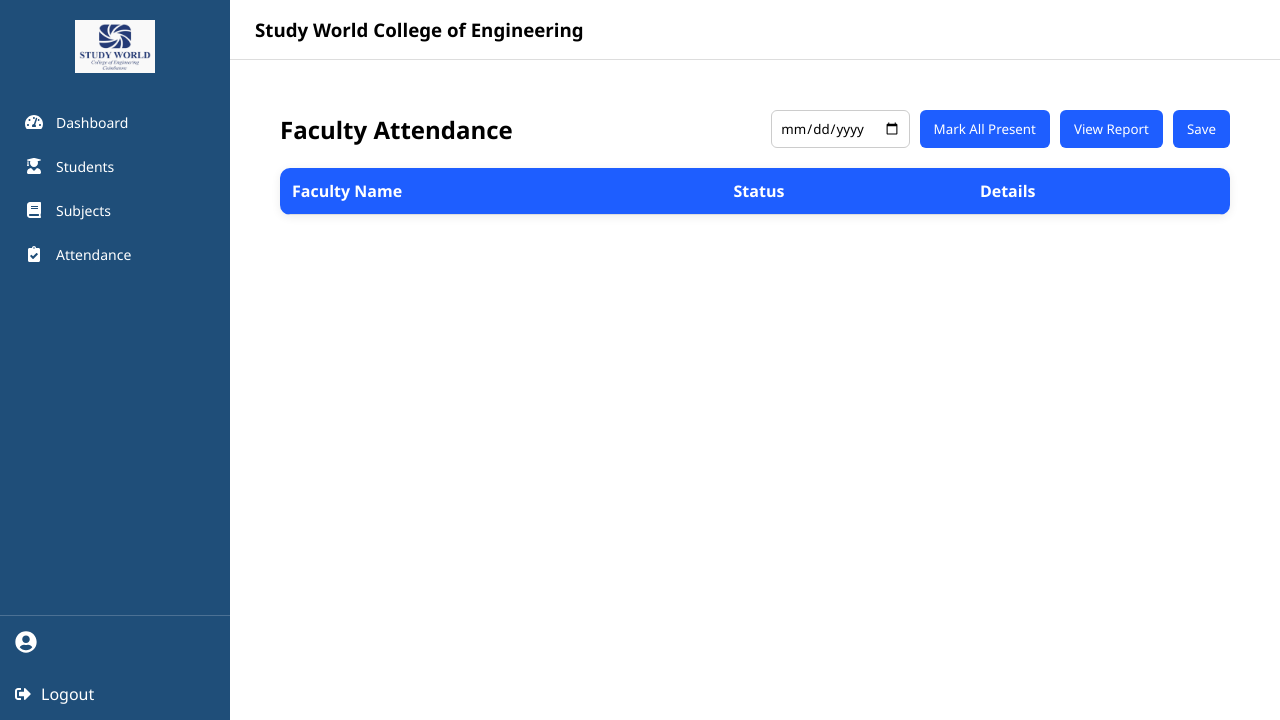
Repository: arthanarieswara/frontend
Page: /faculty-attendance
An editor plug-in stored every save of this project. The page is shown before and after the next save, followed by the edit.
The browser window is 1280 px wide. The pictures show the whole page.
The page's requests for data from a server got no answer. The project was rebuilt for these pictures with package versions that can differ from the ones it lists, and the page was loaded fresh each time. No one was signed in, and anything a server would have sent is missing. Also part of the build but not shown: vite.config.js, src/pages/auth/Login.jsx, src/pages/dashboard/Dashboard.css, src/pages/dashboard/Dashboard.jsx, src/pages/departments/Departments.jsx, src/pages/students/Students.css, src/pages/students/Students.jsx, src/pages/faculty/Faculty.css and 9 more.

Above is the page before, as saved 2026-04-01 15:17:24.

After the next save:
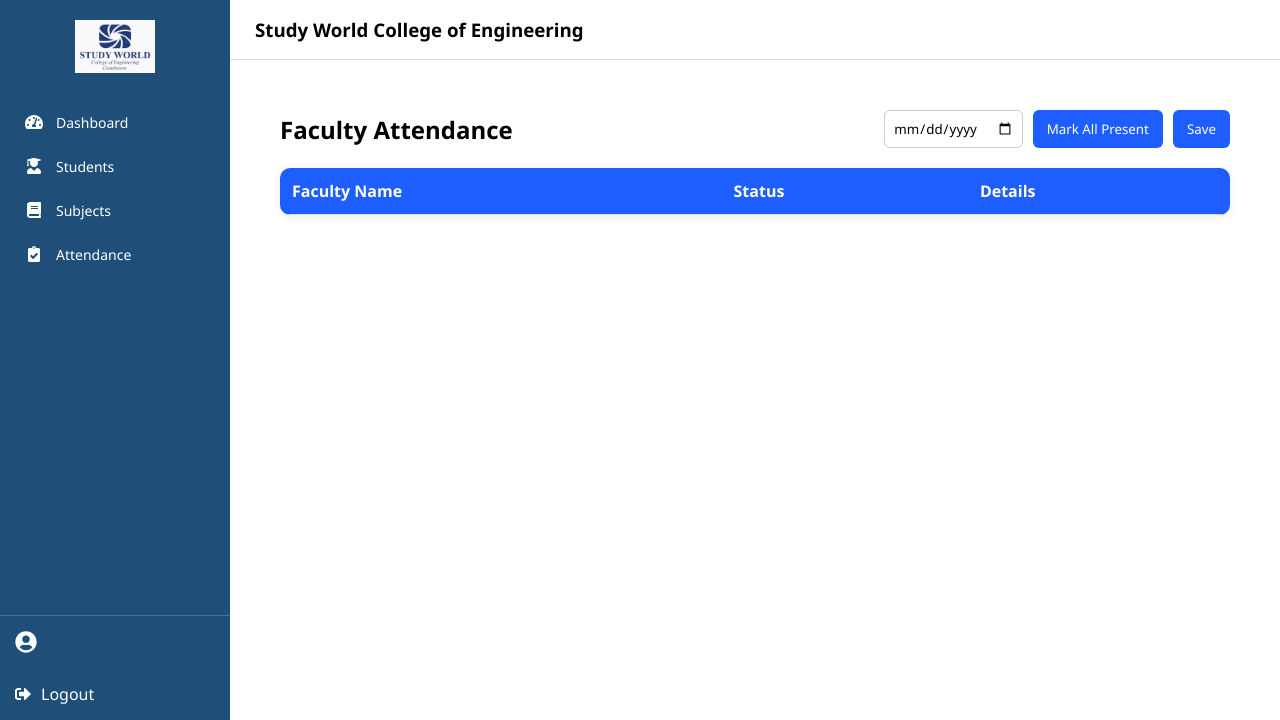
Saved 69 s later.
--- a/src/pages/faculty/FacultyAttendance.jsx
+++ b/src/pages/faculty/FacultyAttendance.jsx
@@ -7,10 +7,6 @@ function FacultyAttendance() {
   const [faculty, setFaculty] = useState([]);
   const [date, setDate] = useState("");
   const [attendance, setAttendance] = useState({});
-
-  const [summary, setSummary] = useState([]);
-  const [total, setTotal] = useState(0);
-
   const [loading, setLoading] = useState(false);
 
   /* ================= LOAD FACULTY ================= */
@@ -50,11 +46,11 @@ function FacultyAttendance() {
     setAttendance(updated);
   };
 
-  /* ================= SAVE ATTENDANCE ================= */
+  /* ================= SAVE ================= */
 
   const saveAttendance = async () => {
     if (!date) {
-      alert("Select date");
+      alert("Please select date");
       return;
     }
 
@@ -76,35 +72,13 @@ function FacultyAttendance() {
         });
       }
 
-      alert("Attendance saved ✅");
+      alert("Attendance saved successfully ✅");
     } catch (err) {
       console.error(err);
       alert("Error saving attendance ❌");
     }
 
     setLoading(false);
-  };
-
-  /* ================= GET REPORT ================= */
-
-  const getSummary = async () => {
-    if (!date) {
-      alert("Select date");
-      return;
-    }
-
-    try {
-      const res = await api.get(
-        `/faculty-attendance/summary?date=${date}`
-      );
-
-      setSummary(res.data.statusSummary);
-      setTotal(res.data.total);
-
-    } catch (err) {
-      console.log(err);
-      alert("Failed to load report");
-    }
   };
 
   return (
@@ -124,10 +98,6 @@ function FacultyAttendance() {
 
             <button onClick={markAllPresent} className="secondary-btn">
               Mark All Present
-            </button>
-
-            <button onClick={getSummary} className="secondary-btn">
-              View Report
             </button>
 
             <button onClick={saveAttendance} disabled={loading}>
@@ -154,8 +124,10 @@ function FacultyAttendance() {
                 return (
                   <tr key={f.id}>
 
+                    {/* NAME */}
                     <td>{f.name}</td>
 
+                    {/* STATUS */}
                     <td>
                       <select
                         className={`status-dropdown ${data.status}`}
@@ -177,6 +149,7 @@ function FacultyAttendance() {
                       </select>
                     </td>
 
+                    {/* DETAILS */}
                     <td>
                       {data.status === "Permission" && (
                         <div className="time-inputs">
@@ -215,30 +188,6 @@ function FacultyAttendance() {
           </table>
         </div>
 
-        {/* ================= REPORT ================= */}
-
-        {summary.length > 0 && (
-          <div className="report-section">
-
-            <h3>Faculty Attendance Report</h3>
-
-            <div className="cards">
-              {summary.map((s, index) => (
-                <div className="card" key={index}>
-                  <h4>{s.status}</h4>
-                  <p>{s.count}</p>
-                </div>
-              ))}
-
-              <div className="card total">
-                <h4>Total</h4>
-                <p>{total}</p>
-              </div>
-            </div>
-
-          </div>
-        )}
-
       </div>
     </Layout>
   );
